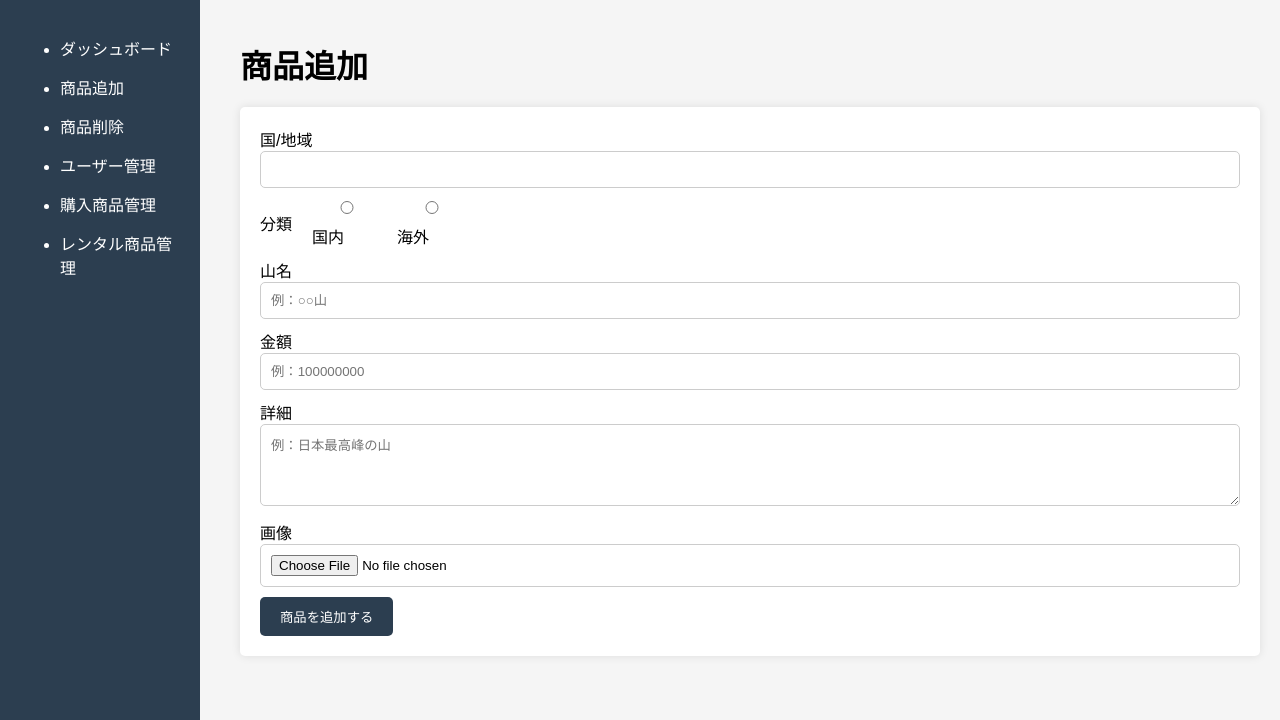
Repository: magome112/Oasis2024920
Page: http://localhost/_12_kanri.shohin.php
The author's editor kept a copy of each file at every save. The page is drawn from the files as they stood at one save, then again after the next save.
The browser window is 1280 px wide. The pictures show the whole page.
The page is run by PHP 8.4 with error messages shown; the project is at /var/www/html/.

Above is the page before, as saved 2024-12-06 12:15:11.

After the next save:
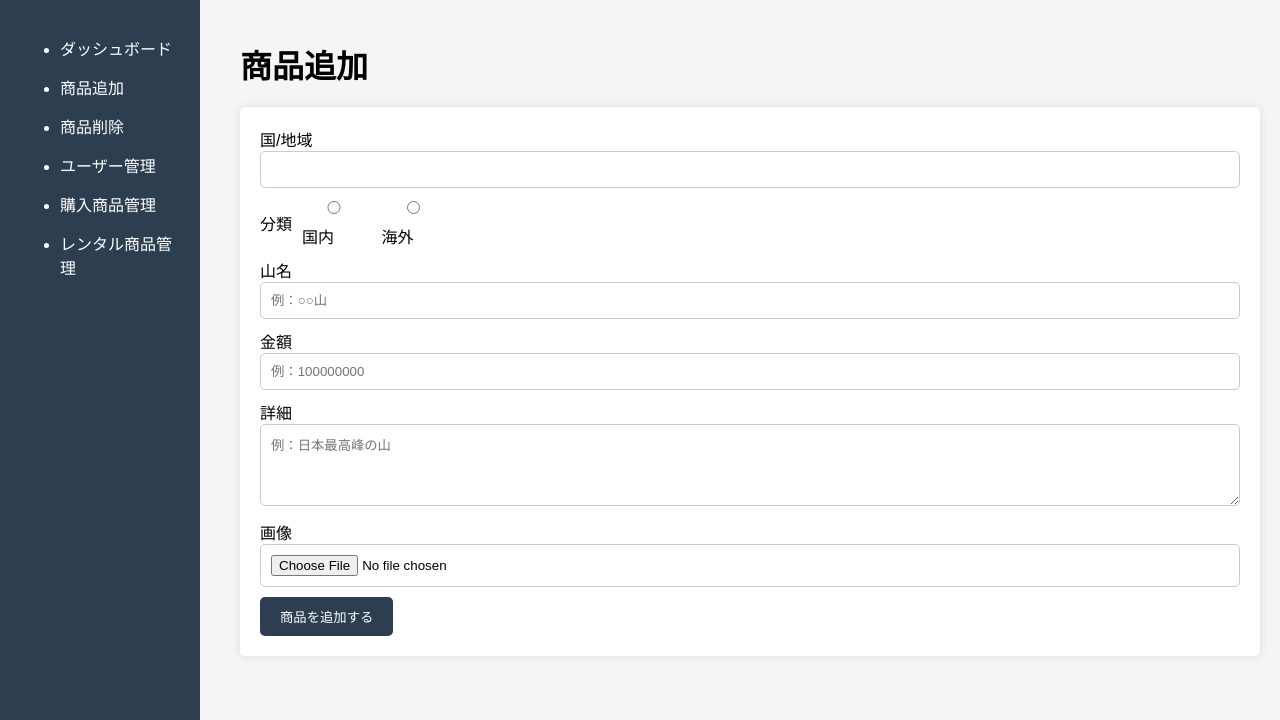
Saved 53 s later.
--- a/_12_kanri.shohin.php
+++ b/_12_kanri.shohin.php
@@ -129,18 +129,16 @@ if ($_SERVER['REQUEST_METHOD'] === 'POST') {
 }
 
 .radio-group label {
-    margin-right: 20px; /* ラベルとボタン間のスペース */
-    font-weight: normal; /* ラベルの太字を解除 */
+    margin-right: 10px; /* ラジオボタンのラベルとの間隔 */
 }
 
 .radio-group input[type="radio"] {
-    margin-right: 5px; /* ラジオボタンとテキストの間隔を調整 */
+    margin-right: 5px; /* ラジオボタンとテキストの間隔 */
     margin-left: 0; /* 不要な余白をゼロに設定 */
 }
 
-.radio-group span {
-    display: inline-block;
-    margin-right: 15px;
+.radio-group .radio-label {
+    margin-right: 15px; /* ラジオボタン間のスペース */
 }
 
 
@@ -178,8 +176,14 @@ if ($_SERVER['REQUEST_METHOD'] === 'POST') {
 
         <div class="radio-group">
     <label>分類</label>
-    <span><input type="radio" name="Region" value="0" id="domestic" required><label for="domestic">国内</label></span>
-    <span><input type="radio" name="Region" value="1" id="overseas"><label for="overseas">海外</label></span>
+    <div class="radio-label">
+        <input type="radio" name="Region" value="0" id="domestic" required>
+        <label for="domestic">国内</label>
+    </div>
+    <div class="radio-label">
+        <input type="radio" name="Region" value="1" id="overseas">
+        <label for="overseas">海外</label>
+    </div>
 </div>
 
 
